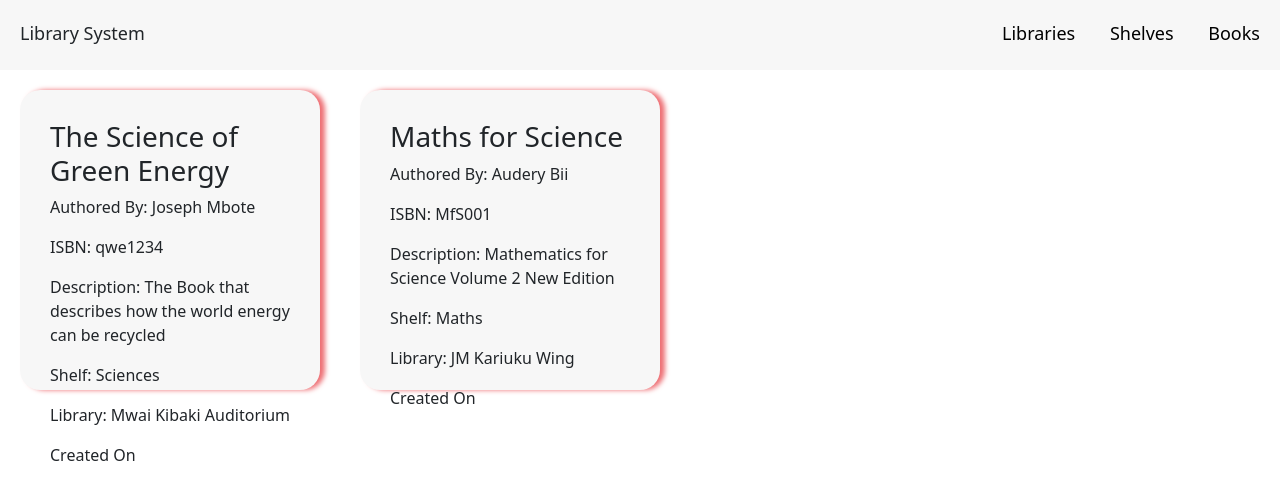
Repository: Mbote-Joseph/Library-Shelves-Books-Managements
Page: http://localhost/book
An editor plug-in stored every save of this project. The page is shown before and after the next save, followed by the edit.
The browser window is 1280 px wide. The pictures show the whole page.
The page is served by the project's application, run on Django 5.2 (manage.py). Other server files are loaded and not shown. The page reads the database file committed with the project.

Above is the page before, as saved 2025-12-30 19:43:10.

### books/templates/books/book_view.html
{% extends "base.html" %}

{% block title %}
    Books List
{% endblock %}


{% block content %}
    <div class="cards">
    {% for book in books %}
        <div class="book">
            <h3> {{book.title}} </h3>
            <p> Authored By:  {{book.author}} </p>
            <p> ISBN:  {{book.isbn}} </p>
            <p> Description:  {{book.description}} </p>
            <p> Shelf:  {{book.shelf.label}} </p>
            <p> Library: {{book.shelf.library.name}} </p>
            <p> Created On {{shelf.created_on}} </p>
        </div>
    {% endfor %}
    </div>
{% endblock %}

### static/templates/base.html
{% load static %}
<!doctype html>
<html lang="en">
  <head>
    <meta charset="utf-8">
    <meta name="viewport" content="width=device-width, initial-scale=1">
    <title>
        {% block title %}

        {% endblock %}
    </title>
    <link href="https://cdn.jsdelivr.net/npm/bootstrap@5.3.8/dist/css/bootstrap.min.css" rel="stylesheet" integrity="sha384-sRIl4kxILFvY47J16cr9ZwB07vP4J8+LH7qKQnuqkuIAvNWLzeN8tE5YBujZqJLB" crossorigin="anonymous">
    <link rel="stylesheet" type='text/css' href="{% static 'css/styles.css' %}">
  </head>
  <body>
    <nav class="nav">
      <span> Library System </span>
      <span>
        <ul>
          <a href="{% url 'libraries' %}"> Libraries </a>
          <a href="{% url 'shelves' %}"> Shelves </a>
          <a href="{% url 'books' %}"> Books </a>
        </ul>
      </span>

    </nav>

    {% block content %}

    {% endblock %}


    <script src="https://cdn.jsdelivr.net/npm/bootstrap@5.3.8/dist/js/bootstrap.bundle.min.js" integrity="sha384-FKyoEForCGlyvwx9Hj09JcYn3nv7wiPVlz7YYwJrWVcXK/BmnVDxM+D2scQbITxI" crossorigin="anonymous"></script>
  </body>
</html>

### books/models.py
from django.db import models

# Create your models here.
class Library(models.Model):
    name = models.CharField(max_length=50)
    students_capacity = models.IntegerField()
    location = models.CharField(max_length=100)
    created_on = models.DateTimeField(auto_now_add=True)

    def __str__(self):
        return f"{self.name} - {self.location}"

class Shelf(models.Model):
    label = models.CharField(max_length=50)
    books_capacity = models.CharField()
    library = models.ForeignKey(Library, on_delete=models.CASCADE)
    created_on = models.DateTimeField(auto_now_add=True)

    def __str__(self):
        return f"{self.label} On {self.library} Library"

class Book(models.Model):
    title = models.CharField(max_length=100)
    author = models.CharField(max_length=100)
    isbn = models.CharField(max_length=10)
    description = models.TextField()
    is_published = models.BooleanField(default=False)
    is_new = models.BooleanField(default=False)
    shelf = models.ForeignKey(Shelf, on_delete=models.CASCADE)

    def __str__(self):
        return f"{self.title} By {self.author}"

### books/views.py
from django.shortcuts import render
from django.views.generic import ListView, DetailView

from .models import Library, Shelf, Book

# Create your views here.
class LibraryListView(ListView):
    model = Library
    context_object_name = "libraries"
    queryset = Library.objects.all()
    template_name = 'books/library_view.html'

class ShelfListView(ListView):
    model = Shelf
    context_object_name = "shelves"
    queryset = Shelf.objects.all()
    template_name = 'books/shelf_view.html'


class BookListView(ListView):
    model = Book
    context_object_name = "books"
    queryset = Book.objects.all()
    template_name = 'books/book_view.html'

class LibraryDetailView(DetailView):
    model = Library
    context_object_name = 'library'
    template_name = "books/library_detailview.html"

### learn/urls.py
"""
URL configuration for learn project.

The `urlpatterns` list routes URLs to views. For more information please see:
    https://docs.djangoproject.com/en/6.0/topics/http/urls/
Examples:
Function views
    1. Add an import:  from my_app import views
    2. Add a URL to urlpatterns:  path('', views.home, name='home')
Class-based views
    1. Add an import:  from other_app.views import Home
    2. Add a URL to urlpatterns:  path('', Home.as_view(), name='home')
Including another URLconf
    1. Import the include() function: from django.urls import include, path
    2. Add a URL to urlpatterns:  path('blog/', include('blog.urls'))
"""
from django.contrib import admin
from django.urls import path, include

urlpatterns = [
    path('admin/', admin.site.urls),
    path('', include('books.urls'))
]

### books/urls.py
from django.urls import path

from books.views import BookListView, LibraryDetailView, LibraryListView, ShelfListView

urlpatterns = [
    path('', LibraryListView.as_view(), name = 'libraries'),
    path('shelf', ShelfListView.as_view(), name = 'shelves'),
    path('book', BookListView.as_view(), name="books"),
    path("library-details/<int:pk>", LibraryDetailView.as_view(), name="library.details")

]

### static/css/styles.css
/**
 * Copyright 2025 josephmbote
 *
 * Licensed under the Apache License, Version 2.0 (the "License");
 * you may not use this file except in compliance with the License.
 * You may obtain a copy of the License at
 *
 *     https://www.apache.org/licenses/LICENSE-2.0
 *
 * Unless required by applicable law or agreed to in writing, software
 * distributed under the License is distributed on an "AS IS" BASIS,
 * WITHOUT WARRANTIES OR CONDITIONS OF ANY KIND, either express or implied.
 * See the License for the specific language governing permissions and
 * limitations under the License.
 */

.nav{
    left: 0;
    top: 0;
    width: 100%;
    background-color: #f7f7f7;
    font-size: large;
    font-style: 'Times New Roman';
    height: 70px;
    padding: 20px;
    display: flex;
    justify-content: space-between;
}
.nav a{
    margin-left: 30px;
    text-decoration: none;
    color: black;
}

.library {
    width: 300px;
    /* min-width: 200px; */
    height: 200px;
    /* max-height: 400px; */
    background-color: #f7f7f7;
    box-shadow: 5px 0 5px 0 #ee6e73;
    border: none;
    margin: 20px;
    padding: 30px;
    border-radius: 20px;
}

.cards{
    display: flex;
}

.shelf {
    width: 300px;
    /* min-width: 200px; */
    height: 150px;
    /* max-height: 400px; */
    background-color: #f7f7f7;
    box-shadow: 5px 0 5px 0 #ee6e73;
    border: none;
    margin: 20px;
    padding: 30px;
    border-radius: 20px;
}

.book {
    width: 300px;
    /* min-width: 200px; */
    height: 300px;
    /* max-height: 400px; */
    background-color: #f7f7f7;
    box-shadow: 5px 0 5px 0 #ee6e73;
    border: none;
    margin: 20px;
    padding: 30px;
    border-radius: 20px;
}

### db.sqlite3 (the tables this page reads, as SQL)
CREATE TABLE "books_book" ("id" integer NOT NULL PRIMARY KEY AUTOINCREMENT, "title" varchar(100) NOT NULL, "author" varchar(100) NOT NULL, "isbn" varchar(10) NOT NULL, "description" text NOT NULL, "is_published" bool NOT NULL, "is_new" bool NOT NULL, "shelf_id" bigint NOT NULL REFERENCES "books_shelf" ("id") DEFERRABLE INITIALLY DEFERRED);
INSERT INTO "books_book" VALUES
(1, 'The Science of Green Energy', 'Joseph Mbote', 'qwe1234', 'The Book that describes how the world energy can be recycled', 1, 0, 1),
(2, 'Maths for Science', 'Audery Bii', 'MfS001', 'Mathematics for Science Volume 2 New Edition', 0, 0, 2);

CREATE TABLE "books_library" ("id" integer NOT NULL PRIMARY KEY AUTOINCREMENT, "name" varchar(50) NOT NULL, "students_capacity" integer NOT NULL, "location" varchar(100) NOT NULL, "created_on" datetime NOT NULL);
INSERT INTO "books_library" VALUES
(1, 'Mwai Kibaki Auditorium', 100, 'Administration Block', '2025-12-29 22:41:55.696199'),
(2, 'Nelson Mandela Anex', 85, 'NSC', '2025-12-29 22:42:34.244470'),
(3, 'JM Kariuku Wing', 75, 'SCC Department', '2025-12-30 11:00:04.766333'),
(4, 'Joseph Mbote STEM Library', 56, 'Technology House', '2025-12-31 18:37:10.968556'),
(5, 'Computer Science Library', 50, 'SCC', '2025-12-31 18:39:11.248294'),
(6, 'Grade 1', 20, 'Nairobi Annex', '2025-12-31 18:41:43.779190');

CREATE TABLE "books_shelf" ("id" integer NOT NULL PRIMARY KEY AUTOINCREMENT, "label" varchar(50) NOT NULL, "books_capacity" varchar NOT NULL, "created_on" datetime NOT NULL, "library_id" bigint NOT NULL REFERENCES "books_library" ("id") DEFERRABLE INITIALLY DEFERRED);
INSERT INTO "books_shelf" VALUES
(1, 'Sciences', '1000', '2025-12-29 22:43:06.109364', 1),
(2, 'Maths', '500', '2025-12-30 11:05:21.466271', 3),
(3, 'Website for Emirati-heritage-artifact.rf.gd', '1000', '2025-12-31 18:53:06.133470', 1);

After the next save:
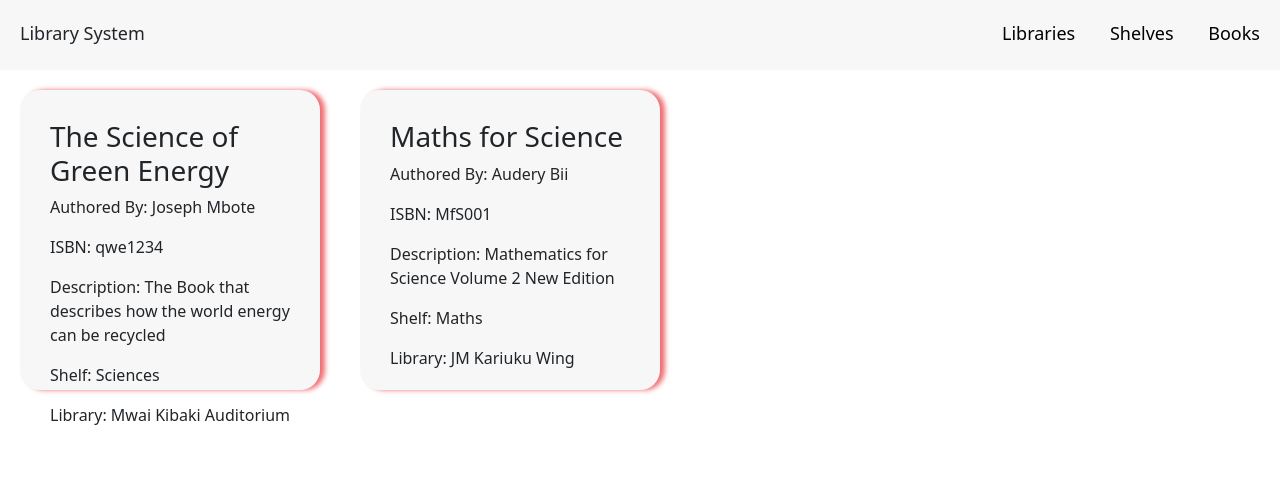
Saved 30 s later.
--- a/books/templates/books/book_view.html
+++ b/books/templates/books/book_view.html
@@ -15,7 +15,6 @@
             <p> Description:  {{book.description}} </p>
             <p> Shelf:  {{book.shelf.label}} </p>
             <p> Library: {{book.shelf.library.name}} </p>
-            <p> Created On {{shelf.created_on}} </p>
         </div>
     {% endfor %}
     </div>
